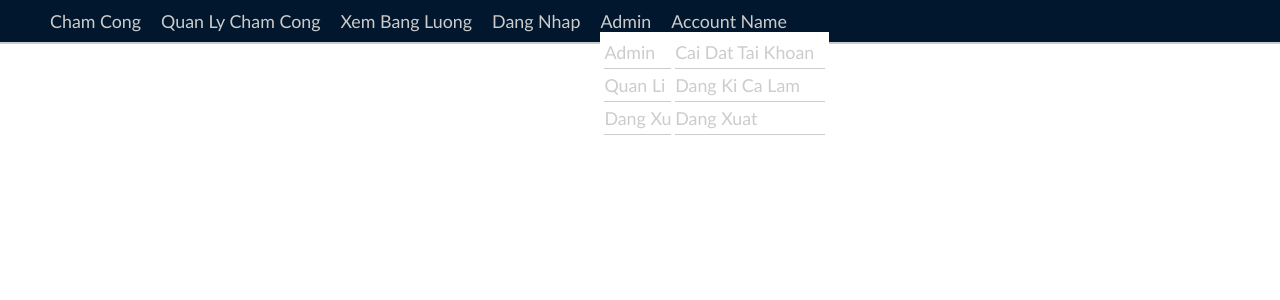
Repository: LDDUNG2003/a
Page: index.html
These files come from the project's save history. The page is drawn as it stood at one moment and after the next save; the edit follows.
The browser window is 1280 px wide. The pictures show the whole page.

Above is the page before, as saved 2023-10-13 23:49:30.

After the next save:
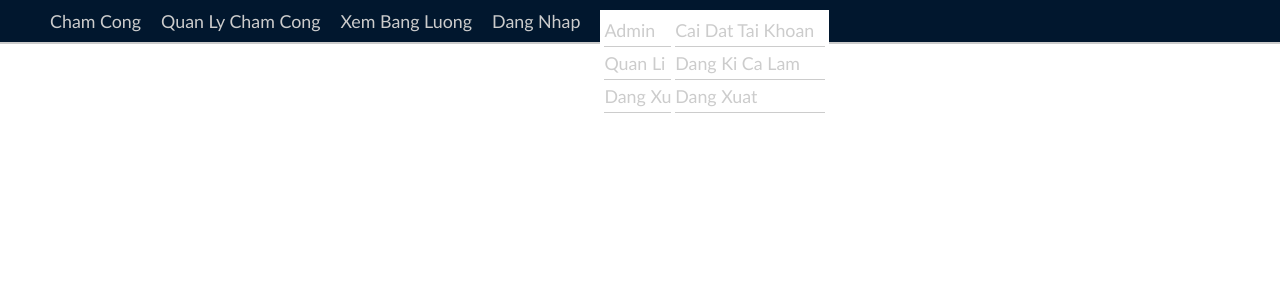
Saved 14 s later.
--- a/controlView/css/base.css
+++ b/controlView/css/base.css
@@ -59,6 +59,7 @@ body {
     list-style: none;
     padding: 4px;
     color: var(--text-color);
+    top: 10px;
     box-shadow: #414141;
     background-color: white;
 }
